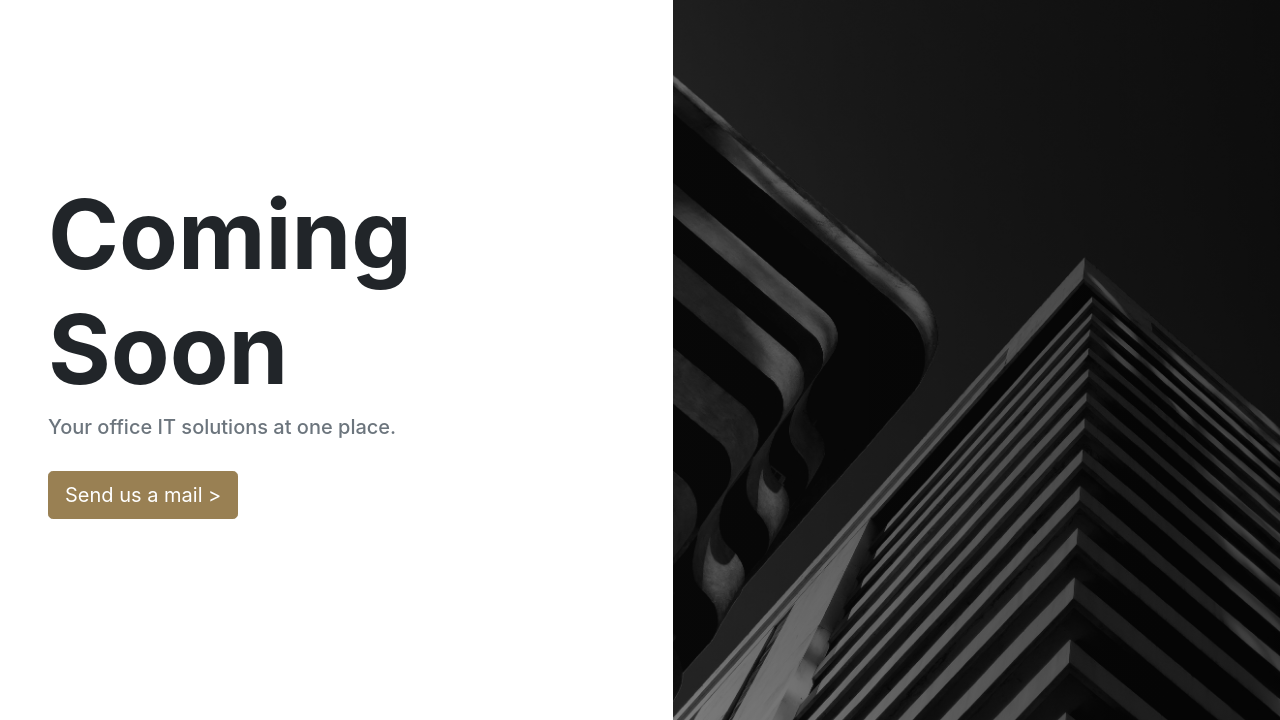
Repository: Thekxgh/website
Page: /
The author's editor kept a copy of each file at every save. The page is drawn from the files as they stood at one save, then again after the next save.
The browser window is 1280 px wide. The pictures show the whole page.
The project was rebuilt for these pictures with package versions that can differ from the ones it lists, and the page was loaded fresh each time.

Above is the page before, as saved 2021-07-14 09:56:17.

### src/index.scss
$primary: #998053;
$dark: #050507;
$light-primary-bg: #DDDEE7;
$light-primary: #DDDEE7;
$theme-colors: (
    "primary": $primary,
    "info": $light-primary,
    "danger": teal,
    "dark": $dark
);

@import '~bootstrap/scss/bootstrap.scss';

.side-img{
 background: linear-gradient(to right, rgba(0, 0, 0, 0.5), rgba(0, 0, 0, 0.7) ), url('./assets/img/background.jpg') no-repeat;
 background-size: cover;
 min-height: 100vh;
}

### src/App.tsx
import React from 'react';
import { LandingPage } from './presentation/LandingPage';

function App() {
  return (
    <LandingPage />
  );
}

export default App;

### src/presentation/LandingPage.tsx
import { Col, Container, Row } from "react-bootstrap"

export const LandingPage = () => {
    return (
    <Container fluid>
        <Row className="min-vh-100 align-items-center">
            <Col className="p-5">
                <h1 className="display-1 font-weight-bold">Coming Soon</h1>
                <h5 className="text-muted">Your office IT solutions at one place.</h5>
                <a className="btn btn-primary btn-lg my-4" href="mailto:contact@thekxgh.com"> Send us a mail {'>'} </a>
            </Col>
            <Col className="side-img min-vh-100">

            </Col>
        </Row>
    </Container>
    );
}

Loaded but not shown: public/index.html (common file); src/index.tsx (common file)

After the next save:
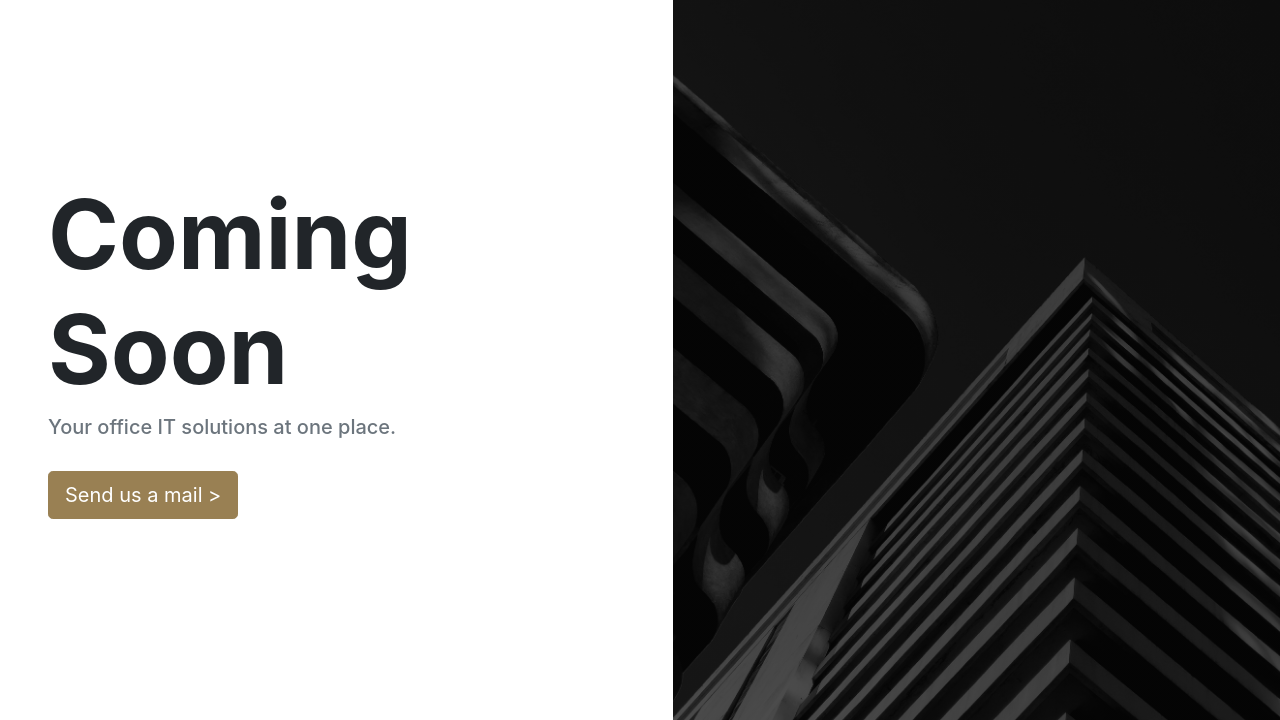
Saved 6 s later.
--- a/src/index.scss
+++ b/src/index.scss
@@ -12,7 +12,7 @@ $theme-colors: (
 @import '~bootstrap/scss/bootstrap.scss';
 
 .side-img{
- background: linear-gradient(to right, rgba(0, 0, 0, 0.5), rgba(0, 0, 0, 0.7) ), url('./assets/img/background.jpg') no-repeat;
+ background: linear-gradient(to right, rgba(0, 0, 0, 0.7), rgba(0, 0, 0, 0.7) ), url('./assets/img/background.jpg') no-repeat;
  background-size: cover;
  min-height: 100vh;
 }
